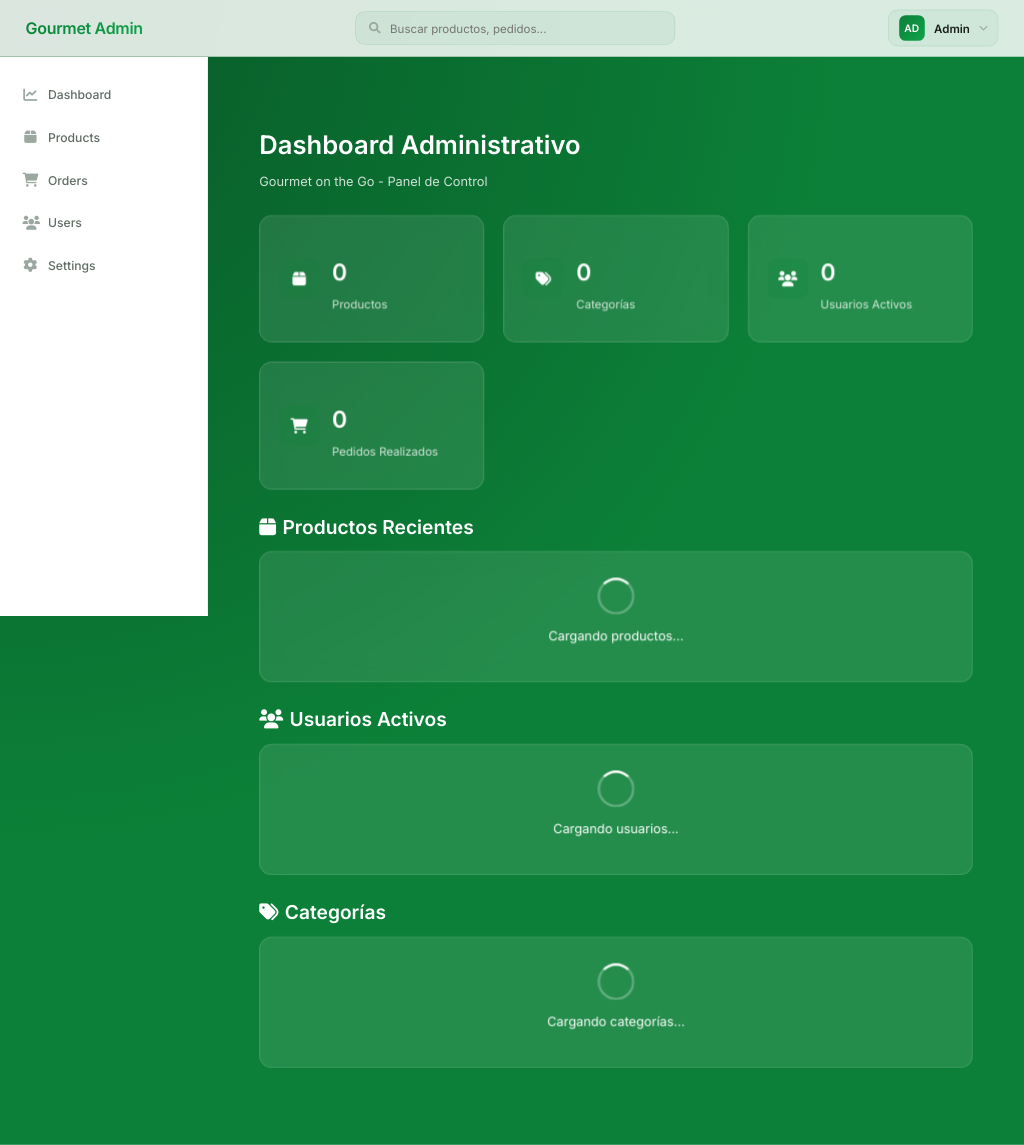
Repository: Kevingedev/Gourmet-on-the-Go
Page: admin/app/dashboard/index.html
The author's editor kept a copy of each file at every save. The page is drawn from the files as they stood at one save, then again after the next save.
The browser window is 1280 px wide. The pictures show the whole page, at 80% of full size.

Above is the page before, as saved 2026-01-14 09:51:56.
Console error: TypeError: Cannot read properties of null (reading 'classList')

### admin/app/dashboard/index.html
<!DOCTYPE html>
<html lang="en">

<head>
    <meta charset="UTF-8">
    <meta name="viewport" content="width=device-width, initial-scale=1.0">
    <title>Admin | Dashboard</title>
    <!-- Fonts and Icons -->
    <link href="https://fonts.googleapis.com/css2?family=Inter:wght@400;500;600&display=swap" rel="stylesheet">
    <link rel="stylesheet" href="https://cdnjs.cloudflare.com/ajax/libs/font-awesome/6.0.0/css/all.min.css">
    <!-- Assets -->
    <link rel="stylesheet" href="../../assets/header.css">
    <link rel="stylesheet" href="../../assets/sidebar.css">
    <style>
        body {
            background: radial-gradient(circle at top left, #085827 0, #0c8038 55%);
            margin: 0;
            padding: 0;
            font-family: 'Inter', sans-serif;
        }

        .dashboard-section {
            padding: 2rem;
            background: transparent;
        }

        .dashboard-section h1 {
            color: white;
            font-size: 2rem;
            font-weight: 600;
            margin-bottom: 0.5rem;
        }

        .dashboard-subtitle {
            color: rgba(255, 255, 255, 0.8);
            font-size: 1rem;
            margin-bottom: 2rem;
        }

        /* Stats Grid */
        .stats-grid {
            display: grid;
            grid-template-columns: repeat(auto-fit, minmax(250px, 1fr));
            gap: 1.5rem;
            margin-bottom: 2rem;
        }

        .stat-card {
            background: rgba(255, 255, 255, 0.1);
            backdrop-filter: blur(12px);
            border: 1px solid rgba(255, 255, 255, 0.2);
            border-radius: 1rem;
            padding: 1.5rem;
            transition: all 0.3s ease;
        }

        .stat-card:hover {
            background: rgba(255, 255, 255, 0.15);
            transform: translateY(-2px);
        }

        .stat-body {
            display: flex;
            align-items: center;
            gap: 1rem;
        }

        .stat-icon {
            width: 50px;
            height: 50px;
            background: rgba(12, 128, 56, 0.2);
            border-radius: 0.75rem;
            display: flex;
            align-items: center;
            justify-content: center;
            color: white;
            font-size: 1.2rem;
        }

        .stat-content h3 {
            color: white;
            font-size: 1.8rem;
            font-weight: 700;
            margin-bottom: 0.25rem;
        }

        .stat-content p {
            color: rgba(255, 255, 255, 0.8);
            font-size: 0.9rem;
        }

        /* Data Lists */
        .data-section {
            margin-bottom: 2rem;
        }

        .data-section h2 {
            color: white;
            font-size: 1.5rem;
            font-weight: 600;
            margin-bottom: 1rem;
            display: flex;
            align-items: center;
            gap: 0.5rem;
        }

        .data-list {
            background: rgba(255, 255, 255, 0.1);
            backdrop-filter: blur(12px);
            border: 1px solid rgba(255, 255, 255, 0.2);
            border-radius: 1rem;
            overflow: hidden;
        }

        .data-item {
            background: rgba(255, 255, 255, 0.05);
            border-bottom: 1px solid rgba(255, 255, 255, 0.1);
            padding: 1rem 1.5rem;
            color: white;
            display: flex;
            justify-content: space-between;
            align-items: center;
            transition: all 0.3s ease;
        }

        .data-item:hover {
            background: rgba(255, 255, 255, 0.1);
        }

        .data-item:last-child {
            border-bottom: none;
        }

        .data-item-info h3 {
            font-size: 1rem;
            font-weight: 600;
            margin-bottom: 0.25rem;
        }

        .data-item-info p {
            font-size: 0.85rem;
            color: rgba(255, 255, 255, 0.7);
        }

        .data-item-actions {
            display: flex;
            gap: 0.5rem;
        }

        .btn-action {
            background: rgba(12, 128, 56, 0.2);
            border: 1px solid rgba(12, 128, 56, 0.3);
            color: white;
            padding: 0.4rem 0.8rem;
            border-radius: 0.4rem;
            font-size: 0.8rem;
            cursor: pointer;
            transition: all 0.3s ease;
        }

        .btn-action:hover {
            background: rgba(12, 128, 56, 0.3);
        }

        .btn-action.edit {
            background: rgba(59, 130, 246, 0.2);
            border-color: rgba(59, 130, 246, 0.3);
        }

        .btn-action.edit:hover {
            background: rgba(59, 130, 246, 0.3);
        }

        .btn-action.delete {
            background: rgba(239, 68, 68, 0.2);
            border-color: rgba(239, 68, 68, 0.3);
        }

        .btn-action.delete:hover {
            background: rgba(239, 68, 68, 0.3);
        }

        /* Loading and Error States */
        .loading {
            text-align: center;
            padding: 2rem;
            color: white;
        }

        .spinner {
            width: 40px;
            height: 40px;
            border: 3px solid rgba(255, 255, 255, 0.3);
            border-top: 3px solid white;
            border-radius: 50%;
            animation: spin 1s linear infinite;
            margin: 0 auto 1rem;
        }

        @keyframes spin {
            0% { transform: rotate(0deg); }
            100% { transform: rotate(360deg); }
        }

        .error {
            background: rgba(244, 96, 76, 0.1);
            border: 1px solid rgba(244, 96, 76, 0.3);
            border-radius: 0.75rem;
            padding: 1.5rem;
            text-align: center;
            color: white;
        }

        .error.hidden {
            display: none;
        }

        .no-data {
            text-align: center;
            padding: 2rem;
            color: rgba(255, 255, 255, 0.7);
        }
    </style>
</head>

<body>
    <header id="header"></header>
    <aside id="sidebar"></aside>
    <main id="main">
        <section class="dashboard-section">
            <h1>Dashboard Administrativo</h1>
            <p class="dashboard-subtitle">Gourmet on the Go - Panel de Control</p>

            <div class="stats-grid">
                <!-- Products Card -->
                <div class="stat-card products">
                    <div class="stat-body">
                        <div class="stat-icon">
                            <i class="fas fa-box"></i>
                        </div>
                        <div class="stat-content">
                            <h3 id="products-count">0</h3>
                            <p>Productos</p>
                        </div>
                    </div>
                </div>

                <!-- Categories Card -->
                <div class="stat-card categories">
                    <div class="stat-body">
                        <div class="stat-icon">
                            <i class="fas fa-tags"></i>
                        </div>
                        <div class="stat-content">
                            <h3 id="categories-count">0</h3>
                            <p>Categorías</p>
                        </div>
                    </div>
                </div>

                <!-- Users Card -->
                <div class="stat-card users">
                    <div class="stat-body">
                        <div class="stat-icon">
                            <i class="fas fa-users"></i>
                        </div>
                        <div class="stat-content">
                            <h3 id="users-count">0</h3>
                            <p>Usuarios Activos</p>
                        </div>
                    </div>
                </div>

                <!-- Orders Card -->
                <div class="stat-card orders">
                    <div class="stat-body">
                        <div class="stat-icon">
                            <i class="fas fa-shopping-cart"></i>
                        </div>
                        <div class="stat-content">
                            <h3 id="orders-count">0</h3>
                            <p>Pedidos Realizados</p>
                        </div>
                    </div>
                </div>
            </div>

            <!-- Products List -->
            <div class="data-section">
                <h2><i class="fas fa-box"></i> Productos Recientes</h2>
                <div class="data-list" id="products-list">
                    <div class="loading">
                        <div class="spinner"></div>
                        <p>Cargando productos...</p>
                    </div>
                </div>
            </div>

            <!-- Users List -->
            <div class="data-section">
                <h2><i class="fas fa-users"></i> Usuarios Activos</h2>
                <div class="data-list" id="users-list">
                    <div class="loading">
                        <div class="spinner"></div>
                        <p>Cargando usuarios...</p>
                    </div>
                </div>
            </div>

            <!-- Categories List -->
            <div class="data-section">
                <h2><i class="fas fa-tags"></i> Categorías</h2>
                <div class="data-list" id="categories-list">
                    <div class="loading">
                        <div class="spinner"></div>
                        <p>Cargando categorías...</p>
                    </div>
                </div>
            </div>

            <!-- Error State -->
            <div id="error" class="error hidden">
                <i class="fas fa-exclamation-triangle"></i>
                <span>Error al cargar los datos. Por favor, verifica que el servidor esté corriendo.</span>
            </div>
        </section>
    </main>

    <!-- Components -->
    <script src="../../components/Header.js"></script>
    <script src="../../components/SideBar.js"></script>
    <script src="dashboard.js"></script>
</body>

</html>

### admin/assets/sidebar.css
/* admin/assets/sidebar.css */

:root {
    --sidebar-width: 260px;
    --admin-primary: #0c8038;
    --admin-primary-light: #10a34a;
    --admin-primary-50: rgba(12, 128, 56, 0.05);
    --admin-primary-100: rgba(12, 128, 56, 0.1);
    --admin-surface: #ffffff;
    --admin-text: #1a1f1c;
    --admin-text-secondary: #5f6d64;
    --admin-text-muted: #9aa8a0;
    --admin-border: rgba(12, 128, 56, 0.12);
    --admin-radius-lg: 0.75rem;
    --header-height: 70px;
}

/* Layout Setup */
body {
    display: grid;
    grid-template-areas:
        "header header"
        "sidebar main";
    grid-template-columns: var(--sidebar-width) 1fr;
    grid-template-rows: auto 1fr;
    min-height: 100vh;
    margin: 0;
    background-color: #f8f9fa;
    font-family: 'Inter', sans-serif;
}

#header {
    grid-area: header;
}

aside {
    grid-area: sidebar;
    background-color: var(--admin-surface);
    border-right: 1px solid var(--admin-border);
    padding: 1.5rem 0.75rem;
    height: calc(100vh - var(--header-height));
    position: sticky;
    top: var(--header-height);
    z-index: 900;
}

#main {
    grid-area: main;
    padding: 2rem;
    overflow-y: auto;
}

.sidebar-menu {
    list-style: none;
    padding: 0;
    margin: 0;
    display: flex;
    flex-direction: column;
    gap: 0.4rem;
}

.sidebar-menu a {
    text-decoration: none;
    color: var(--admin-text-secondary);
    display: flex;
    align-items: center;
    padding: 0.875rem 1rem;
    border-radius: var(--admin-radius-lg);
    font-weight: 500;
    font-size: 0.95rem;
    transition: all 0.3s ease;
    position: relative;
}

.sidebar-menu a::before {
    content: '';
    position: absolute;
    inset: 0;
    background: var(--admin-primary-50);
    border-radius: inherit;
    opacity: 0;
    transition: opacity 0.2s ease;
}

.sidebar-menu a:hover::before {
    opacity: 1;
}

.sidebar-menu a:hover {
    color: var(--admin-primary);
    transform: translateX(4px);
}

.sidebar-menu a.active {
    background: linear-gradient(135deg, var(--admin-primary) 0%, var(--admin-primary-light) 100%);
    color: #ffffff;
    font-weight: 600;
    box-shadow: 0 4px 12px rgba(12, 128, 56, 0.2);
}

.sidebar-menu i {
    margin-right: 12px;
    font-size: 1.1rem;
    color: var(--admin-text-muted);
    width: 20px;
    text-align: center;
}

.sidebar-menu a.active i {
    color: #ffffff;
}

/* --- Full Responsive --- */
@media (max-width: 1024px) {
    :root {
        --sidebar-width: 220px;
    }
}

@media (max-width: 768px) {
    body {
        grid-template-areas:
            "header"
            "main"
            "sidebar";
        grid-template-columns: 1fr;
        grid-template-rows: auto 1fr auto;
    }

    aside {
        position: fixed;
        bottom: 0;
        left: 0;
        top: auto;
        width: 100%;
        height: 70px;
        padding: 0.5rem;
        border-right: none;
        border-top: 1px solid var(--admin-border);
        box-shadow: 0 -4px 15px rgba(0, 0, 0, 0.05);
        display: flex;
        align-items: center;
        justify-content: center;
    }

    .sidebar-menu {
        flex-direction: row;
        gap: 0.5rem;
        width: 100%;
        max-width: 500px;
        justify-content: space-around;
        padding-bottom: env(safe-area-inset-bottom);
    }

    .sidebar-menu a {
        flex-direction: column;
        padding: 0.5rem;
        font-size: 0.75rem;
        gap: 4px;
        text-align: center;
    }

    .sidebar-menu a:hover {
        transform: none;
    }

    .sidebar-menu i {
        margin-right: 0;
        font-size: 1.2rem;
    }

    #main {
        padding: 1.5rem;
        margin-bottom: 70px;
        /* Space for the bottom sidebar */
    }
}

@media (max-width: 480px) {
    .sidebar-menu a span {
        display: none;
        /* Icon icons only on very small screens */
    }

    .sidebar-menu a {
        padding: 0.8rem;
    }

    .sidebar-menu i {
        font-size: 1.4rem;
    }
}

Loaded but not shown: admin/app/dashboard/dashboard.js (319 lines, source omitted); admin/components/Header.js (67 lines, source omitted); admin/components/SideBar.js (36 lines, source omitted); admin/assets/header.css (256 lines, source omitted)

After the next save:
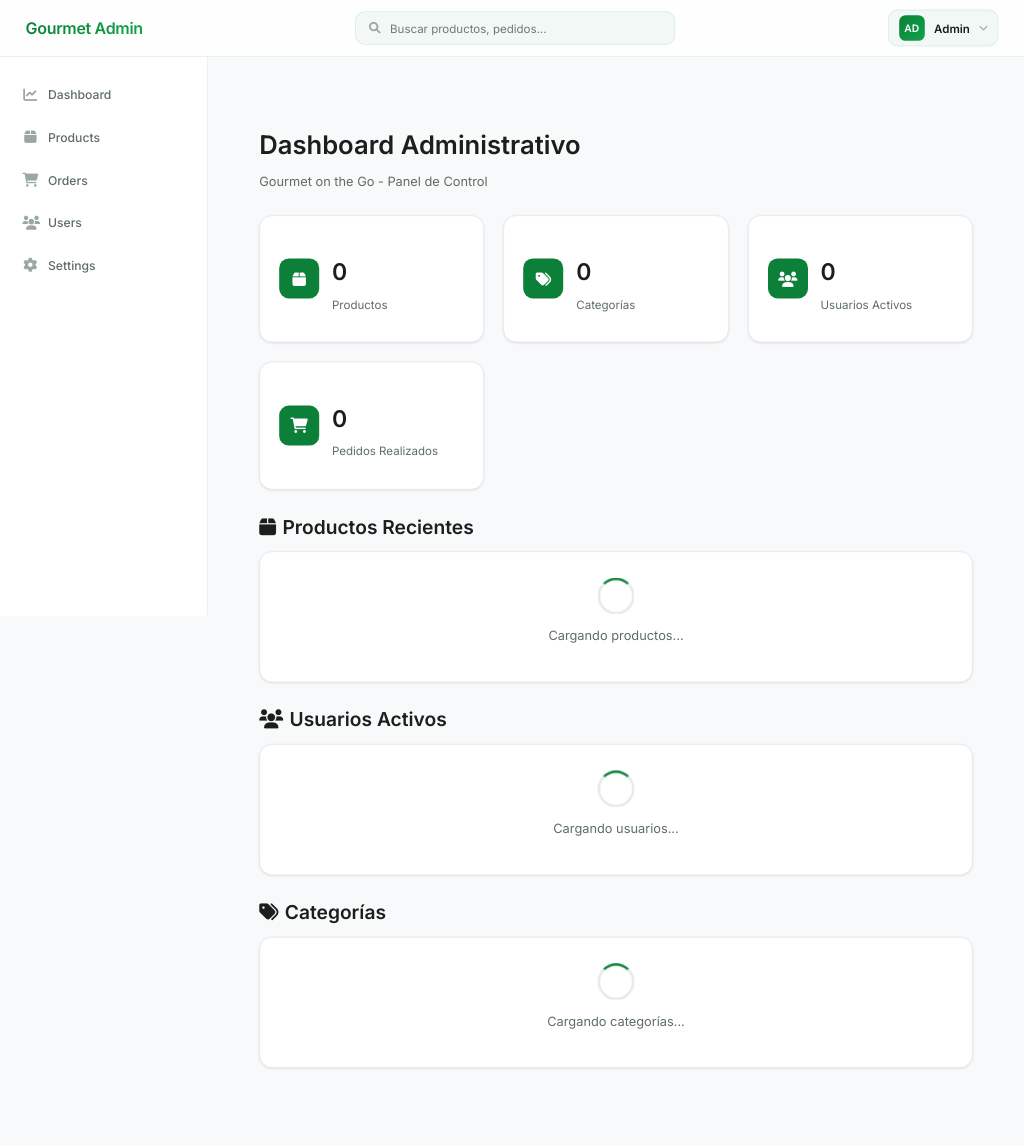
Saved 30 s later.
--- a/admin/app/dashboard/index.html
+++ b/admin/app/dashboard/index.html
@@ -13,7 +13,7 @@
     <link rel="stylesheet" href="../../assets/sidebar.css">
     <style>
         body {
-            background: radial-gradient(circle at top left, #085827 0, #0c8038 55%);
+            background: #f8f9fa;
             margin: 0;
             padding: 0;
             font-family: 'Inter', sans-serif;
@@ -25,14 +25,14 @@
         }
 
         .dashboard-section h1 {
-            color: white;
+            color: #1a1f1c;
             font-size: 2rem;
             font-weight: 600;
             margin-bottom: 0.5rem;
         }
 
         .dashboard-subtitle {
-            color: rgba(255, 255, 255, 0.8);
+            color: #5f6d64;
             font-size: 1rem;
             margin-bottom: 2rem;
         }
@@ -46,16 +46,16 @@
         }
 
         .stat-card {
-            background: rgba(255, 255, 255, 0.1);
-            backdrop-filter: blur(12px);
-            border: 1px solid rgba(255, 255, 255, 0.2);
+            background: white;
+            border: 1px solid #e5e7eb;
             border-radius: 1rem;
             padding: 1.5rem;
             transition: all 0.3s ease;
+            box-shadow: 0 1px 3px rgba(0, 0, 0, 0.1);
         }
 
         .stat-card:hover {
-            background: rgba(255, 255, 255, 0.15);
+            box-shadow: 0 4px 12px rgba(0, 0, 0, 0.15);
             transform: translateY(-2px);
         }
 
@@ -68,7 +68,7 @@
         .stat-icon {
             width: 50px;
             height: 50px;
-            background: rgba(12, 128, 56, 0.2);
+            background: #0c8038;
             border-radius: 0.75rem;
             display: flex;
             align-items: center;
@@ -78,14 +78,14 @@
         }
 
         .stat-content h3 {
-            color: white;
+            color: #1a1f1c;
             font-size: 1.8rem;
             font-weight: 700;
             margin-bottom: 0.25rem;
         }
 
         .stat-content p {
-            color: rgba(255, 255, 255, 0.8);
+            color: #5f6d64;
             font-size: 0.9rem;
         }
 
@@ -95,7 +95,7 @@
         }
 
         .data-section h2 {
-            color: white;
+            color: #1a1f1c;
             font-size: 1.5rem;
             font-weight: 600;
             margin-bottom: 1rem;
@@ -105,18 +105,18 @@
         }
 
         .data-list {
-            background: rgba(255, 255, 255, 0.1);
-            backdrop-filter: blur(12px);
-            border: 1px solid rgba(255, 255, 255, 0.2);
+            background: white;
+            border: 1px solid #e5e7eb;
             border-radius: 1rem;
             overflow: hidden;
+            box-shadow: 0 1px 3px rgba(0, 0, 0, 0.1);
         }
 
         .data-item {
-            background: rgba(255, 255, 255, 0.05);
-            border-bottom: 1px solid rgba(255, 255, 255, 0.1);
+            background: white;
+            border-bottom: 1px solid #e5e7eb;
             padding: 1rem 1.5rem;
-            color: white;
+            color: #1a1f1c;
             display: flex;
             justify-content: space-between;
             align-items: center;
@@ -124,7 +124,7 @@
         }
 
         .data-item:hover {
-            background: rgba(255, 255, 255, 0.1);
+            background: #f8f9fa;
         }
 
         .data-item:last-child {
@@ -135,11 +135,12 @@
             font-size: 1rem;
             font-weight: 600;
             margin-bottom: 0.25rem;
+            color: #1a1f1c;
         }
 
         .data-item-info p {
             font-size: 0.85rem;
-            color: rgba(255, 255, 255, 0.7);
+            color: #5f6d64;
         }
 
         .data-item-actions {
@@ -148,9 +149,9 @@
         }
 
         .btn-action {
-            background: rgba(12, 128, 56, 0.2);
-            border: 1px solid rgba(12, 128, 56, 0.3);
-            color: white;
+            background: #f8f9fa;
+            border: 1px solid #e5e7eb;
+            color: #1a1f1c;
             padding: 0.4rem 0.8rem;
             border-radius: 0.4rem;
             font-size: 0.8rem;
@@ -159,39 +160,41 @@
         }
 
         .btn-action:hover {
-            background: rgba(12, 128, 56, 0.3);
+            background: #e5e7eb;
         }
 
         .btn-action.edit {
-            background: rgba(59, 130, 246, 0.2);
-            border-color: rgba(59, 130, 246, 0.3);
+            background: #eff6ff;
+            border-color: #3b82f6;
+            color: #3b82f6;
         }
 
         .btn-action.edit:hover {
-            background: rgba(59, 130, 246, 0.3);
+            background: #dbeafe;
         }
 
         .btn-action.delete {
-            background: rgba(239, 68, 68, 0.2);
-            border-color: rgba(239, 68, 68, 0.3);
+            background: #fef2f2;
+            border-color: #ef4444;
+            color: #ef4444;
         }
 
         .btn-action.delete:hover {
-            background: rgba(239, 68, 68, 0.3);
+            background: #fee2e2;
         }
 
         /* Loading and Error States */
         .loading {
             text-align: center;
             padding: 2rem;
-            color: white;
+            color: #5f6d64;
         }
 
         .spinner {
             width: 40px;
             height: 40px;
-            border: 3px solid rgba(255, 255, 255, 0.3);
-            border-top: 3px solid white;
+            border: 3px solid #e5e7eb;
+            border-top: 3px solid #0c8038;
             border-radius: 50%;
             animation: spin 1s linear infinite;
             margin: 0 auto 1rem;
@@ -203,12 +206,12 @@
         }
 
         .error {
-            background: rgba(244, 96, 76, 0.1);
-            border: 1px solid rgba(244, 96, 76, 0.3);
+            background: #fef2f2;
+            border: 1px solid #fecaca;
             border-radius: 0.75rem;
             padding: 1.5rem;
             text-align: center;
-            color: white;
+            color: #dc2626;
         }
 
         .error.hidden {
@@ -218,7 +221,7 @@
         .no-data {
             text-align: center;
             padding: 2rem;
-            color: rgba(255, 255, 255, 0.7);
+            color: #5f6d64;
         }
     </style>
 </head>
